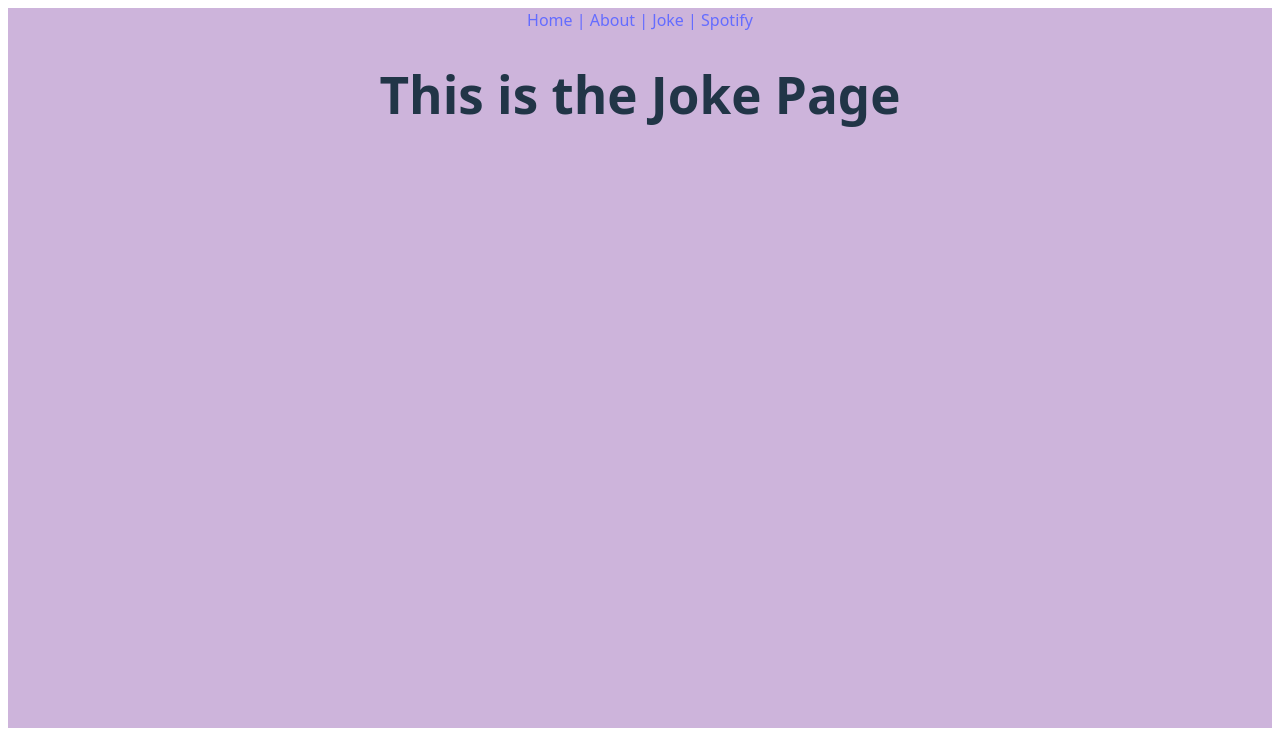
Repository: rosieomusic/spotify-react
Page: /joke
An editor plug-in stored every save of this project. The page is shown before and after the next save, followed by the edit.
The browser window is 1280 px wide. The pictures show the whole page.
The page's requests for data from a server got no answer. The project was rebuilt for these pictures with package versions that can differ from the ones it lists, and the page was loaded fresh each time. No one was signed in, and anything a server would have sent is missing. Also part of the build but not shown: vite.config.js, src/pages/HomePage.jsx, src/pages/AboutPage.jsx, src/services/SpotifyService.js, src/components/AlbumComponent.jsx, src/pages/SpotifyPage.jsx.

Above is the page before, as saved 2025-05-09 18:24:38.

### index.html
<!DOCTYPE html>
<html lang="en">
	<head>
		<meta charset="UTF-8" />
		<link
			rel="icon"
			type="image/svg+xml"
			href="/vite.svg"
		/>
		<meta
			name="viewport"
			content="width=device-width, initial-scale=1.0"
		/>
		<title>Joke and Spotify API</title>
	</head>
	<body>
		<div id="root"></div>
		<script
			type="module"
			src="/src/main.jsx"
		></script>
	</body>
</html>

### src/index.css
:root {
	font-family: system-ui, Avenir, Helvetica, Arial, sans-serif;
	line-height: 1.5;
	font-weight: 400;

	color: black;
	background-color: white;

	font-synthesis: none;
	text-rendering: optimizeLegibility;
	-webkit-font-smoothing: antialiased;
	-moz-osx-font-smoothing: grayscale;
}

a {
	font-weight: 500;
	color: #646cff;
	text-decoration: inherit;
}
a:hover {
	color: #535bf2;
}

h1 {
	font-size: 3.2em;
	line-height: 1.1;
}

button {
	border-radius: 8px;
	border: 1px solid black;
	padding: 0.6em 1.2em;
	font-size: 1em;
	font-weight: 500;
	font-family: inherit;
	background-color: white;
	cursor: pointer;
	transition: border-color 0.25s;
}
button:hover {
	border-color: #646cff;
}
button:focus,
button:focus-visible {
	outline: 4px auto -webkit-focus-ring-color;
}

@media (prefers-color-scheme: light) {
	:root {
		color: #213547;
		background-color: #ffffff;
	}
	a:hover {
		color: #747bff;
	}
	button {
		background-color: #f9f9f9;
	}
}

### src/App.jsx
import './App.css';
import { BrowserRouter, Routes, Link, Route } from 'react-router-dom';
import HomePage from './pages/HomePage';
import AboutPage from './pages/AboutPage';
import SpotifyPage from './pages/SpotifyPage';
import JokePage from './pages/JokePage';

function App() {
	return (
		<BrowserRouter>
			<nav>
				<Link to='/'>Home | </Link>
				<Link to='/about'>About | </Link>
				<Link to='/joke'>Joke | </Link>
				<Link to='/spotify'>Spotify</Link>
			</nav>
			<Routes>
				<Route
					path='/'
					element={<HomePage />}
				/>
				<Route
					path='/about'
					element={<AboutPage />}
				/>
				<Route
					path='/joke'
					element={<JokePage />}
				/>
				<Route
					path='/spotify'
					element={<SpotifyPage />}
				/>
			</Routes>
		</BrowserRouter>
	);
}

export default App;

### src/App.css
#root {
	max-width: 1280px;
	margin: 0;
	height: 100dvh;

	text-align: center;
}
body {
	background-color: #cdb4db;
}

### src/pages/JokePage.jsx
import React from 'react';
import JokeService from '../services/JokeService.js';
import { useEffect, useState } from 'react';

function JokePage() {
	const [joke, setJoke] = useState(null);

	function getJoke() {
		JokeService.getRandomJoke().then((response) => {
			//console.log(response);
			setJoke(response.data);
		});
	}
	useEffect(() => {
		getJoke();
	}, []); //empty array means call on initialization

	return (
		<>
			<h1>This is the Joke Page</h1>
			<p>{joke} </p>
		</>
	);
}

export default JokePage;

### src/services/JokeService.js
import axios from 'axios';

const http = axios.create({
	baseURL: 'https://icanhazdadjoke.com',
});

const header = {
	headers: {
		Accept: 'text/plain',
	},
};

export default {
	getRandomJoke() {
		return http.get('', header);
	},
};

Loaded but not shown: src/main.jsx (common file)

After the next save:
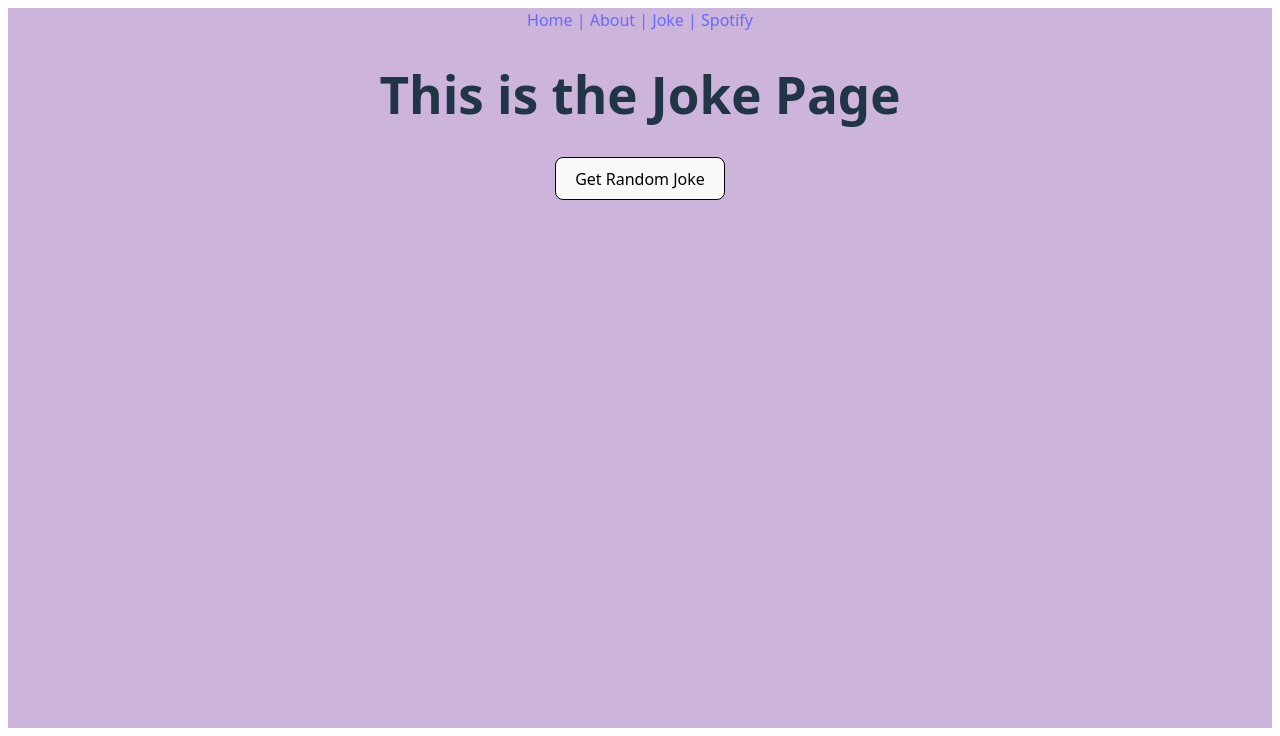
Saved 97 s later.
--- a/src/pages/JokePage.jsx
+++ b/src/pages/JokePage.jsx
@@ -19,6 +19,7 @@
 		<>
 			<h1>This is the Joke Page</h1>
 			<p>{joke} </p>
+			<button>Get Random Joke</button>
 		</>
 	);
 }
